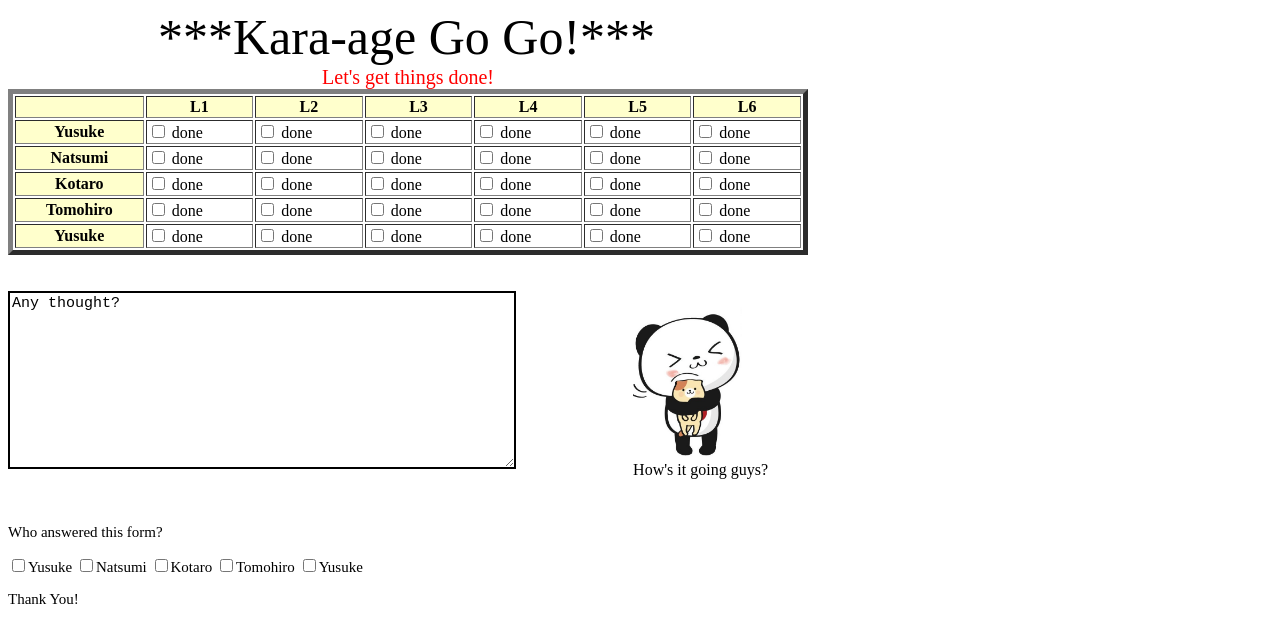
Repository: natsumi-hironaka/micropostsnatsu
Page: tutorials/practice1.html
The author's editor kept a record of every edit. The page is drawn from the files as they stood at one moment, then again after the next edit.
The browser window is 1280 px wide. The pictures show the whole page.

Above is the page before.

After the next edit:
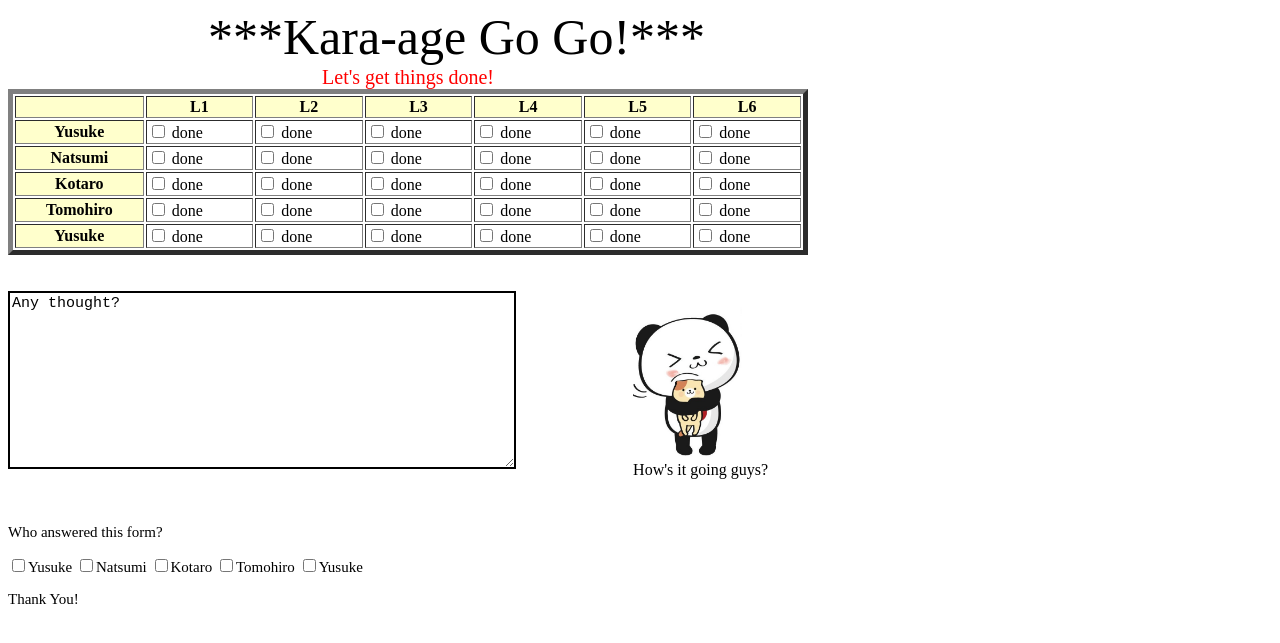
The edit:
--- a/tutorials/practice.css
+++ b/tutorials/practice.css
@@ -42,5 +42,5 @@
     font-size: 50px;
     width:500px;
     margin-right: auto;
-    margin-left : auto;
+    margin-left : 200px;
 }
